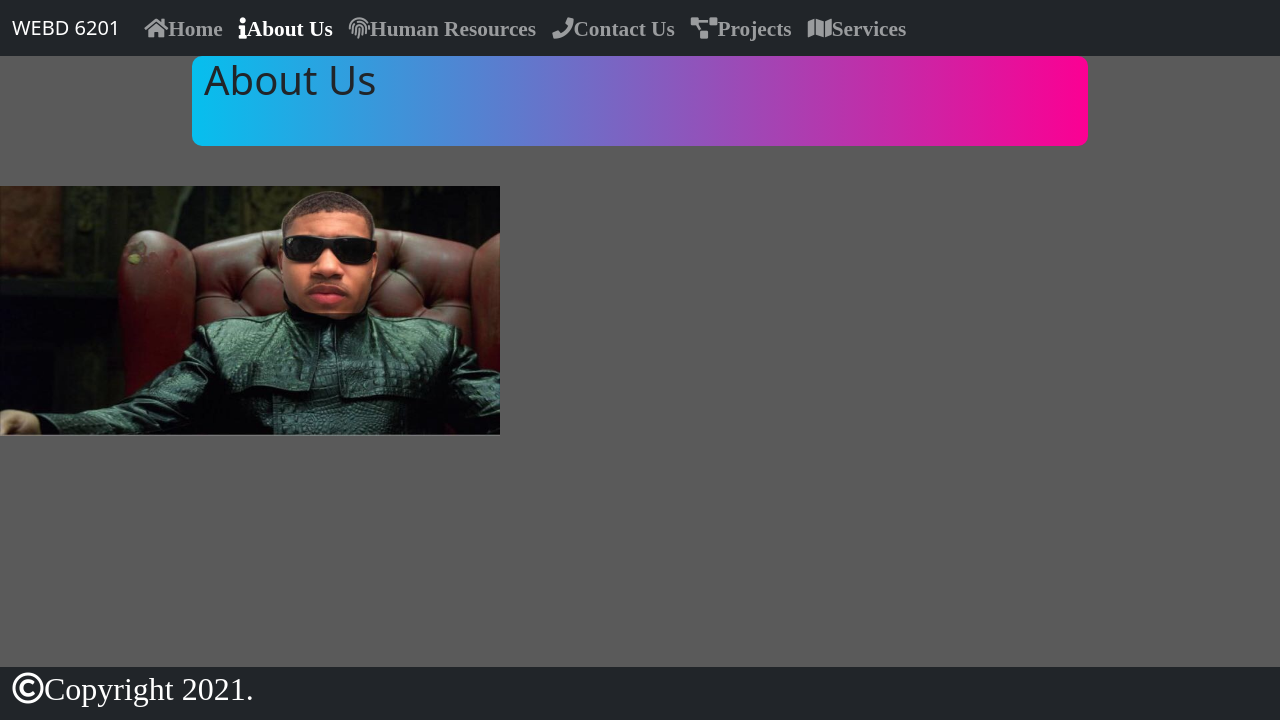
Repository: vans12345678/WEBD6201-W2021-Lab1
Page: about.html
These files come from the project's save history. The page is drawn as it stood at one moment and after the next save; the edit follows.
The browser window is 1280 px wide. The pictures show the whole page.

Above is the page before, as saved 2021-02-02 15:10:53.
Console error: TypeError: Cannot set properties of null (setting 'innerHTML')

After the next save:
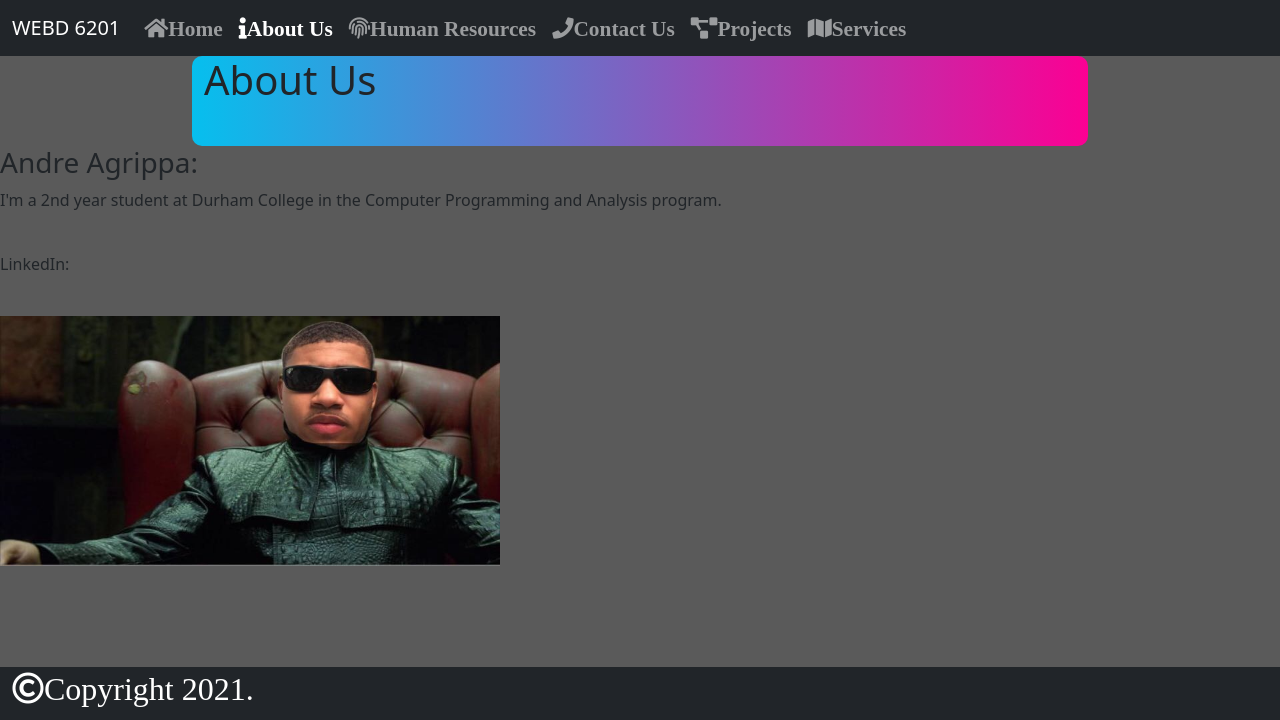
The error is gone.
Saved 9 s later.
--- a/Scripts/app.js
+++ b/Scripts/app.js
@@ -46,7 +46,7 @@
         let andreText = "I'm a 2nd year student at Durham College in the Computer Programming and Analysis program.";
 
         //About Andre
-        let aboutElement = document.getElementById("aboutAHeader");
+        let aboutElement = document.getElementById("aboutAText");
         aboutElement.innerHTML = `<h3>Andre Agrippa:</h3>
         <p>I'm a 2nd year student at Durham College in the Computer Programming and Analysis program.</p>
         </br>
